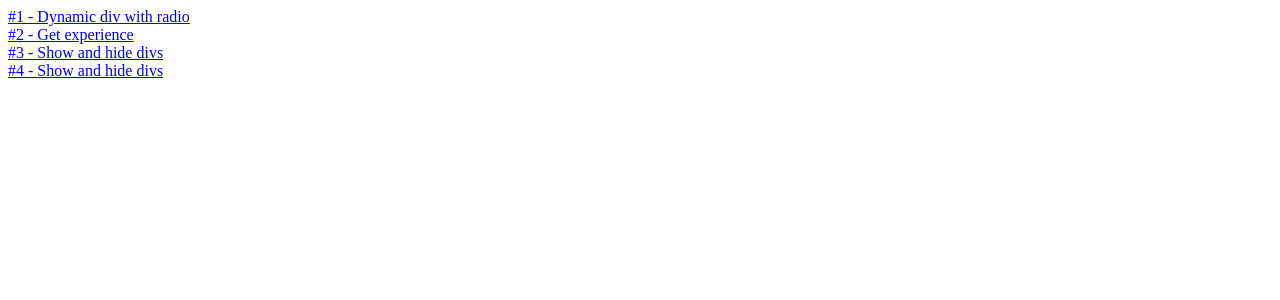
Repository: edsonjuniornarvaes/events-utils
Page: index.html
The author's editor kept a copy of each file at every save. The page is drawn from the files as they stood at one save, then again after the next save.
The browser window is 1280 px wide. The pictures show the whole page.

Above is the page before, as saved 2020-07-27 20:40:23.

### index.html
<!DOCTYPE html>
<html>
<head>
    <meta charset='utf-8'>
    <title>Page Title</title>
    <meta name='viewport' content='width=device-width, initial-scale=1'>
    <div class="row">
        <a href="resources/views/dynamic-div/dynamic-div.page.html">#1 - Dynamic div with radio</a>
    </div>
    <div class="row">
        <a href="resources/views/get-experience/get-experience.page.html">#2 - Get experience</a>
    </div>
    <div class="row">
        <a href="resources/views/show-hide-divs/show-hide-divs.page.html">#3 - Show and hide divs</a>
    </div>
    <div class="row">
        <a href="resources/views/show-hide-divs/show-hide-divs.page.html">#4 - Show and hide divs</a>
    </div>
</head>
<body>

</body>
</html>

After the next save:
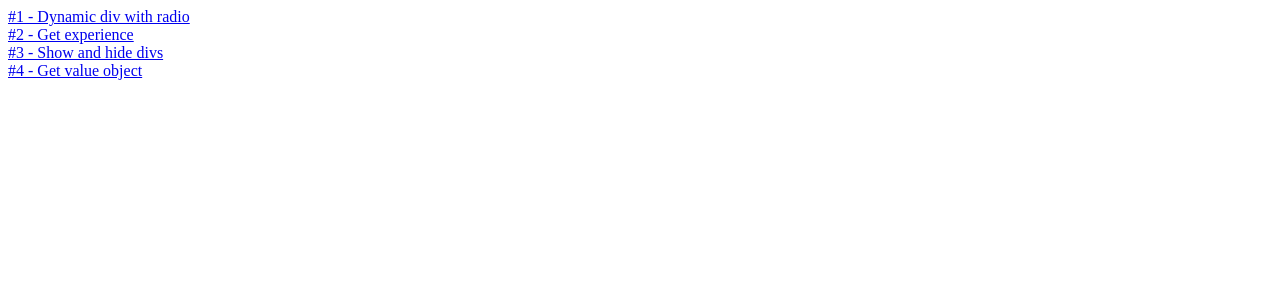
Saved 8 s later.
--- a/index.html
+++ b/index.html
@@ -14,7 +14,7 @@
         <a href="resources/views/show-hide-divs/show-hide-divs.page.html">#3 - Show and hide divs</a>
     </div>
     <div class="row">
-        <a href="resources/views/show-hide-divs/show-hide-divs.page.html">#4 - Show and hide divs</a>
+        <a href="resources/views/show-hide-divs/show-hide-divs.page.html">#4 - Get value object</a>
     </div>
 </head>
 <body>
